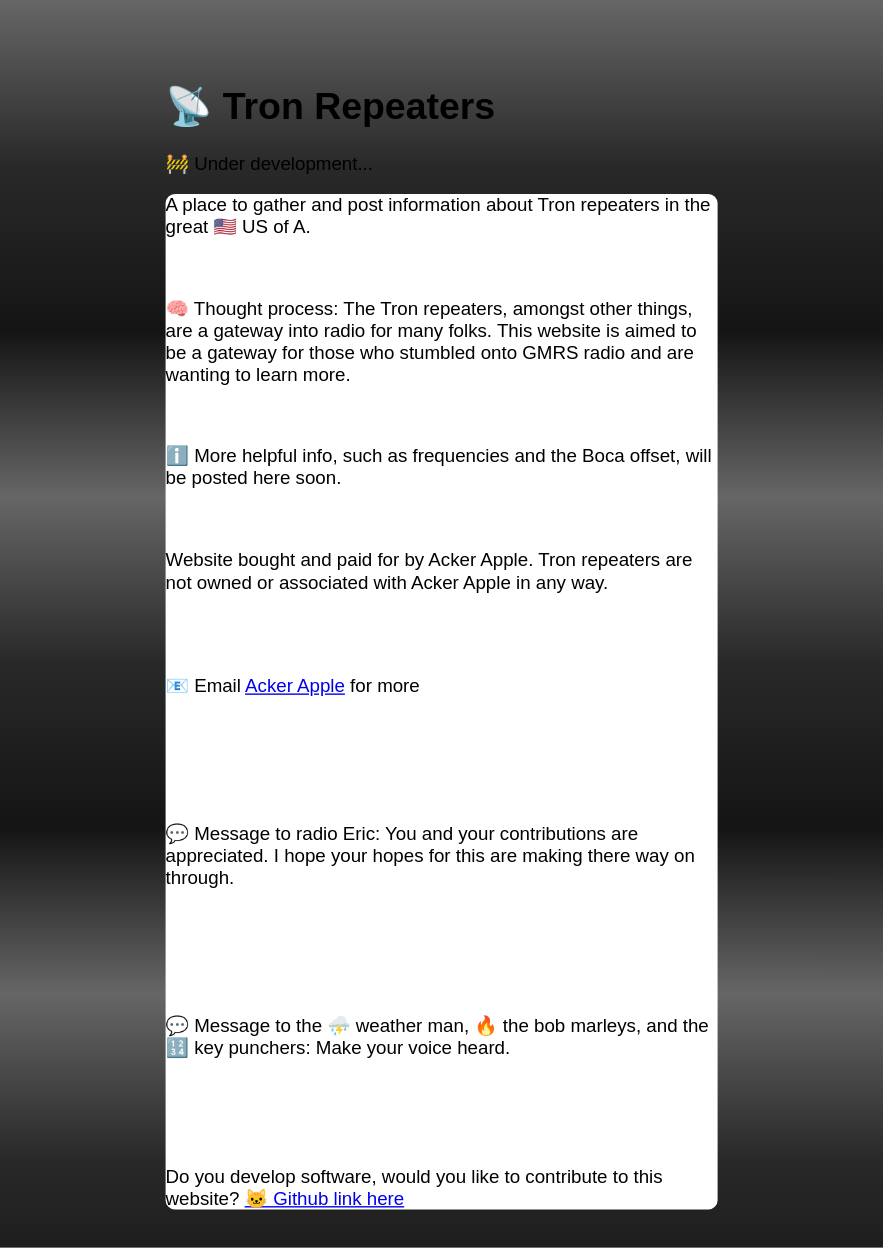
Repository: AckerApple/tronrepeaters
Page: index.html
The author's editor kept a copy of each file at every save. The page is drawn from the files as they stood at one save, then again after the next save.
The browser window is 1280 px wide. The pictures show the whole page, at 69% of full size.
Backgrounds fixed to the window are drawn as part of the page.

Above is the page before, as saved 2025-01-15 14:44:57.

### index.html
<!DOCTYPE html>
<html lang="en">
<head>
  <title>App</title>
  <meta charset="UTF-8" />
  <meta name="viewport" content="viewport-fit=cover, width=device-width, initial-scale=1, maximum-scale=1, minimum-scale=1, user-scalable=0" />
  <meta name="apple-mobile-web-app-title" content="App" />
  <meta name="apple-mobile-web-app-capable" content="yes" />
  <meta name="apple-mobile-web-app-status-bar-style" content="black" />
  <!-- emoji as favicon -->
  <link rel="icon" href="data:[embedded picture, 141 characters]" />
  <style>
    * {box-sizing:border-box;}
    html, body{
      width:100%;height:100%;padding:0;margin:0;font-family: Arial, Helvetica, sans-serif;
      background: #666 linear-gradient(to top, #666, rgba(0, 0, 0, 0.8), rgba(0, 0, 0, 0.6), rgba(0, 0, 0, 0)) no-repeat; /* Create a gradient from black to transparent */
      background-attachment: fixed;
    }
    html {scroll-behavior:smooth;font-size:calc(22px + .4vw);}
    input[type="checkbox"], input[type="radio"] {width:1em;height:1em;}
    select, textarea, button, input {padding:.5vw;border-radius:.5vw;font-size:.9em;}
    a, summary {cursor: pointer}
  </style>
</head>
<body>
  <noscript style="color:red">Javascript is required but is turned off on your device</noscript>
  <div style="display: flex;justify-content: center;">
    <div style="max-width: 800px;margin:2em;">
      <h1> 📡 Tron Repeaters</h1>
      <div>🚧 Under development...</div>
      <div style="background-color: white;border-radius: .5em;">

        <p>A place to gather and post information about Tron repeaters in the great 🇺🇸 US of A.</p>
        <br />
        <p>🧠 Thought process: The Tron repeaters, amongst other things, are a gateway into radio for many folks. This website is aimed to be a gateway for those who stumbled onto GMRS radio and are wanting to learn more.</p>
        <br />
        <p>ℹ️ More helpful info, such as frequencies and the Boca offset, will be posted here soon.</p>
        <br />
        <p>Website bought and paid for by Acker Apple. Tron repeaters are not owned or associated with Acker Apple in any way.</p>
        <br /><br />
        <p>📧 Email <a href="mailto:me@ackerapple.com?subject=TronRepeaters">Acker Apple</a> for more</p>
        <br /><br /><br /><br />
        <p>💬 Message to radio Eric: You and your contributions are appreciated. I hope your hopes for this are making there way on through.</p>
        <br /><br /><br /><br />
        <p>💬 Message to the ⛈️ weather man, 🔥 the bob marleys, and the 🔢 key punchers: Make your voice heard.</p>
        <br /><br /><br /><br />
        Do you develop software, would you like to contribute to this website?
        <a href="https://github.com/AckerApple/tronrepeaters">🐱 Github link here</a>
      </div>
    </div>
  </div>
</body>
</html>

After the next save:
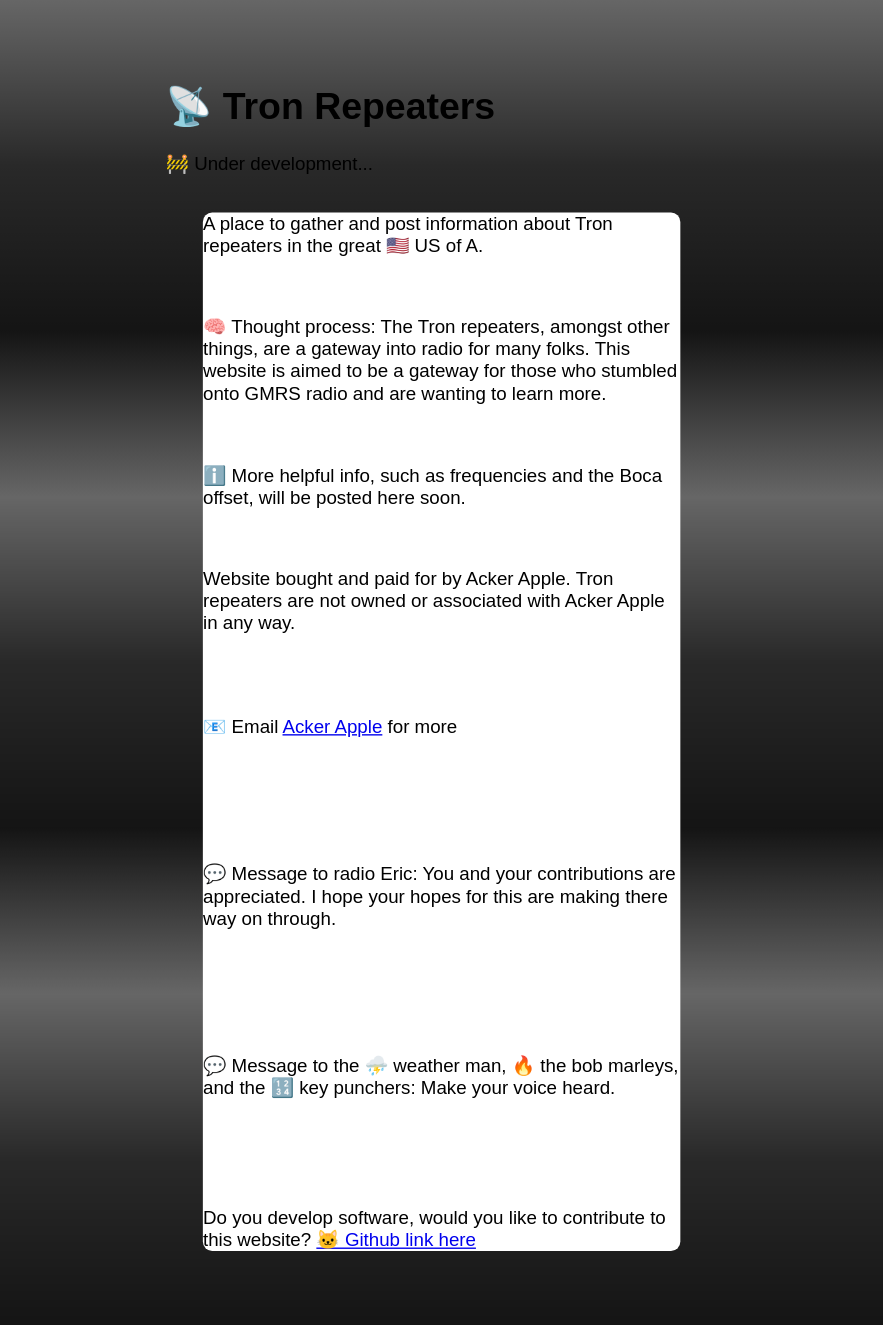
Saved 15 s later.
--- a/index.html
+++ b/index.html
@@ -28,8 +28,7 @@
     <div style="max-width: 800px;margin:2em;">
       <h1> 📡 Tron Repeaters</h1>
       <div>🚧 Under development...</div>
-      <div style="background-color: white;border-radius: .5em;">
-
+      <div style="background-color: white;border-radius: .5em;margin:2em;">
         <p>A place to gather and post information about Tron repeaters in the great 🇺🇸 US of A.</p>
         <br />
         <p>🧠 Thought process: The Tron repeaters, amongst other things, are a gateway into radio for many folks. This website is aimed to be a gateway for those who stumbled onto GMRS radio and are wanting to learn more.</p>
